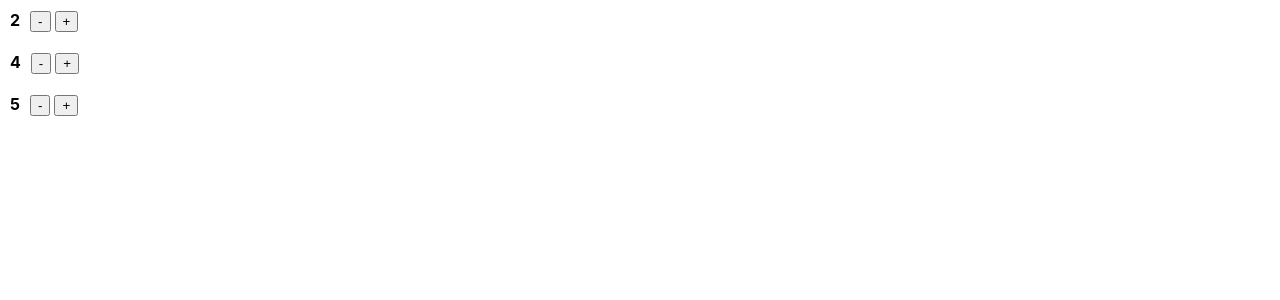
Repository: donalddoe/react_quiz
Page: /
The author's editor kept a copy of each file at every save. The page is drawn from the files as they stood at one save, then again after the next save.
The browser window is 1280 px wide. The pictures show the whole page.
The project was rebuilt for these pictures with package versions that can differ from the ones it lists, and the page was loaded fresh each time.

Above is the page before, as saved 2020-08-28 17:21:54.

After the next save:
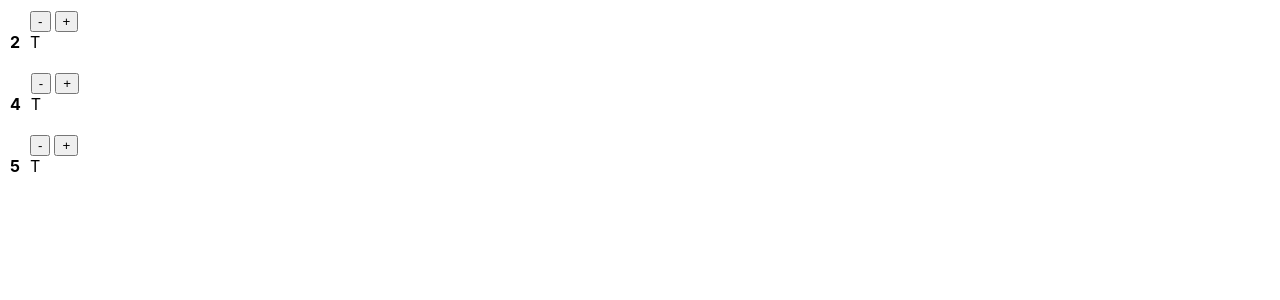
Saved 9 s later.
--- a/src/App.js
+++ b/src/App.js
@@ -26,7 +26,7 @@ class Counter extends Component {
           <button className="button is-danger is-small" onClick={this.onDecrement} >-</button>
           <button className="button is-success is-small" onClick={this.onIncrement} >+</button>
           <div>
-
+            T
           </div>
         </div>
       </div>
